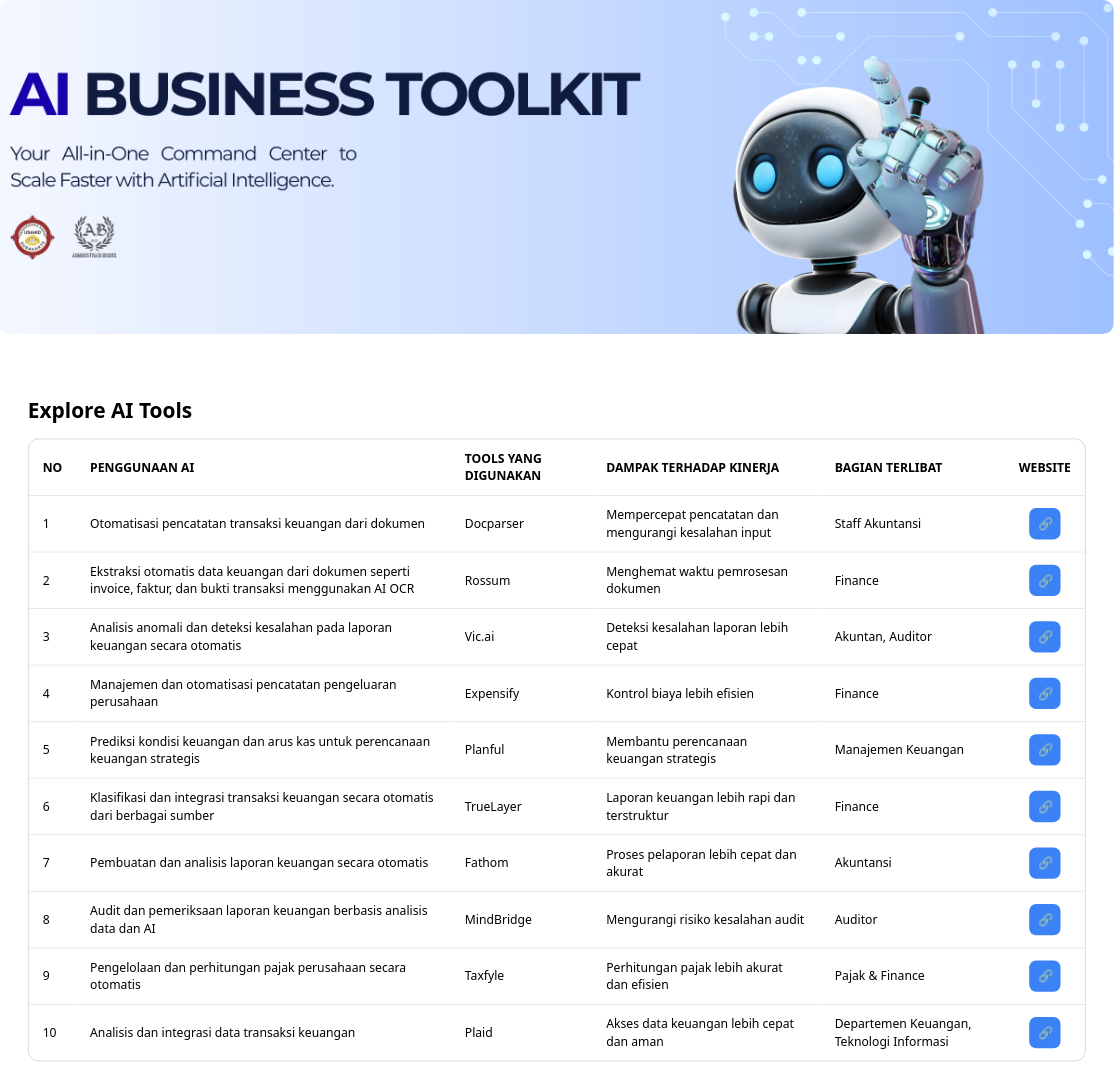
Repository: MUHAMADTEGARWIJAYA/AI-BUSINESS-TOOLKIT
Page: /ai/keuangan
These files come from the project's save history. The page is drawn as it stood at one moment and after the next save; the edit follows.
The browser window is 1280 px wide. The pictures show the whole page, at 87% of full size.
The project was rebuilt for these pictures with package versions that can differ from the ones it lists, and the page was loaded fresh each time. Also part of the build but not shown: vite.config.js, src/views/NamaFloating.vue, src/views/FooterView.vue, src/views/HomeView.vue, src/views/AiOperansional.vue, src/views/AiSdm.vue, src/views/AiStrategi.vue, src/views/AiPemasaran.vue and 1 more. Imported but missing from the stored project, and not drawn on this page: src/component/Aurora/Aurora.vue.

Above is the page before, as saved 2026-01-08 21:31:58.

After the next save:
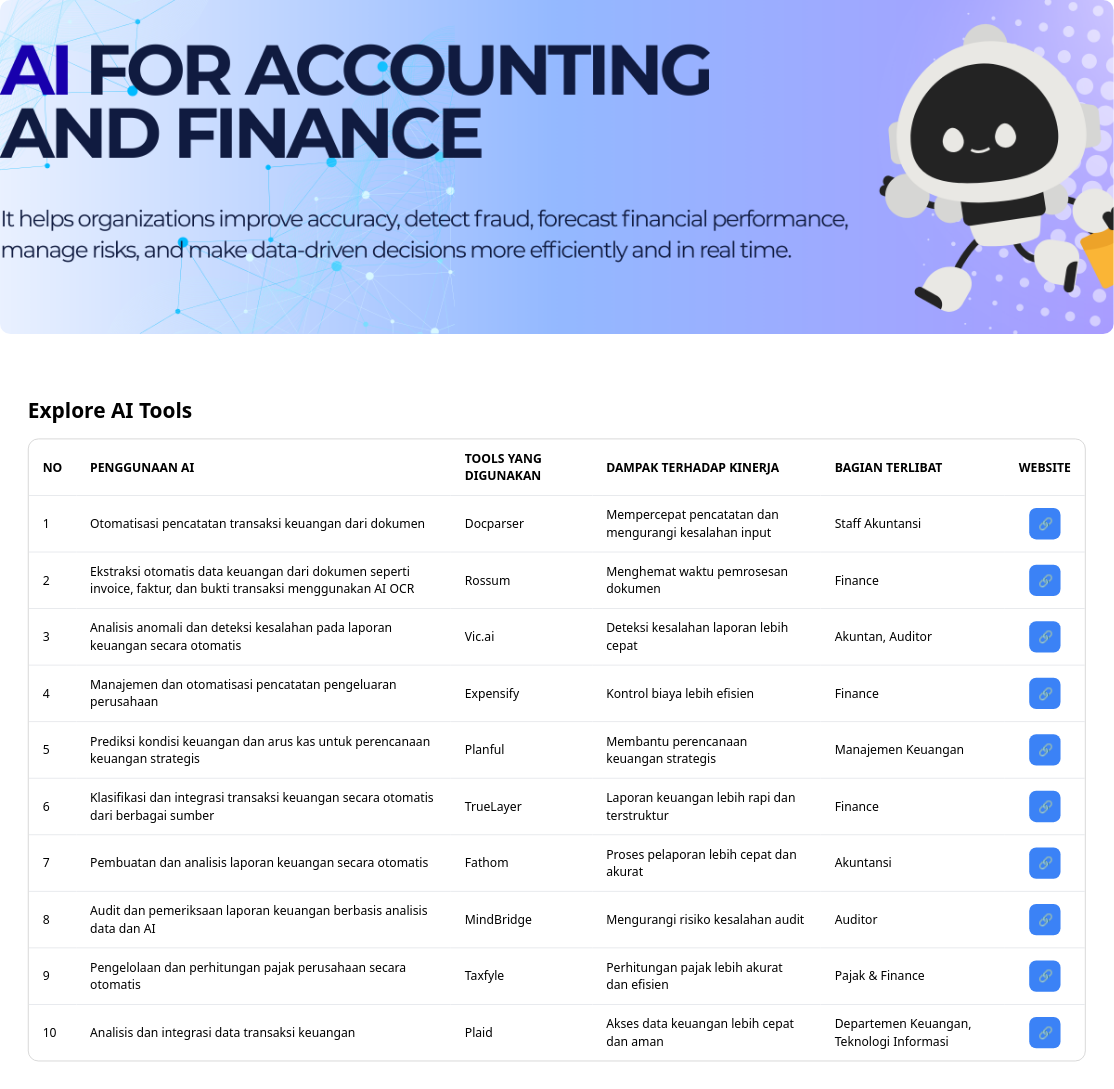
Saved 2 days later.
--- a/src/views/AiKeuanganAkuntansi.vue
+++ b/src/views/AiKeuanganAkuntansi.vue
@@ -8,7 +8,7 @@
       <!-- Background Image -->
       <div
         class="w-full h-96 rounded-xl bg-cover bg-no-repeat bg-center"
-        style="background-image: url('/ai.png')"
+        style="background-image: url('/DIVISI\ AKUNTANSI\ DAN\ KEUANGAN.png')"
       ></div>
     </div>
     <div class="p-8">
